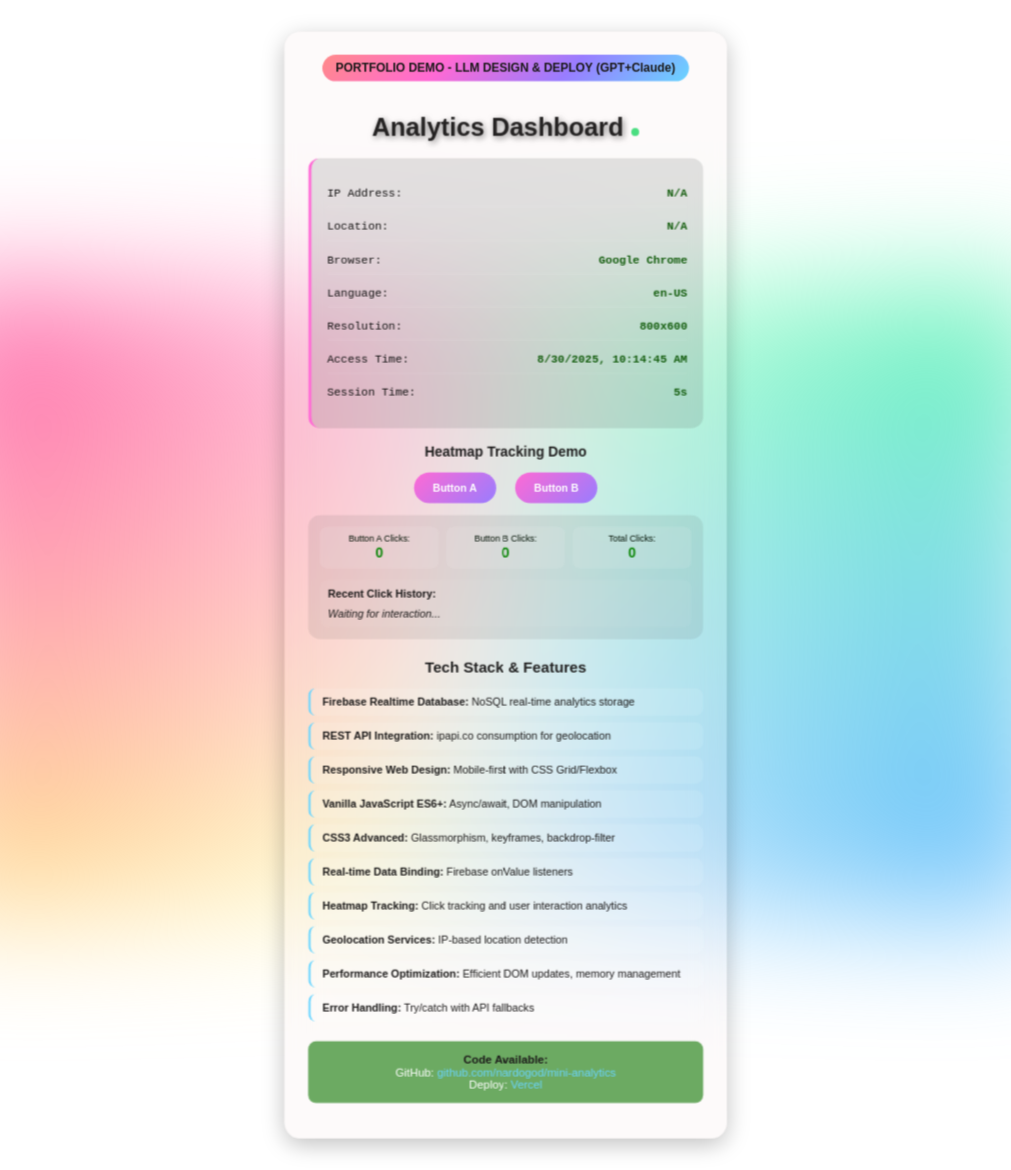
Repository: nardogod/mini-analytics
Page: mini.html
An editor plug-in stored every save of this project. The page is shown before and after the next save, followed by the edit.
The browser window is 1280 px wide. The pictures show the whole page, at 79% of full size.
The page's requests for data from a server got no answer.

Above is the page before, as saved 2025-08-30 11:37:47.

### mini.html
<!DOCTYPE html>
<html lang="en">
  <head>
    <meta charset="UTF-8" />
    <meta name="viewport" content="width=device-width, initial-scale=1.0" />
    <title>Analytics Demo - Portfolio</title>
    <style>
      body {
        margin: 0;
        font-family: "Poppins", sans-serif;
        display: flex;
        justify-content: center;
        align-items: center;
        min-height: 100vh;
        overflow-x: hidden;
        color: #1b1919;
        text-align: center;
        padding: 20px 0;
      }

      /* Dynamic background with colorful bubbles */
      .background {
        position: fixed;
        width: 100%;
        height: 100%;
        background: radial-gradient(
            circle at top left,
            rgba(255, 80, 160, 0.9),
            transparent 55%
          ),
          radial-gradient(
            circle at bottom right,
            rgba(80, 180, 255, 0.9),
            transparent 55%
          ),
          radial-gradient(
            circle at top right,
            rgba(80, 255, 160, 0.9),
            transparent 55%
          ),
          radial-gradient(
            circle at bottom left,
            rgba(255, 240, 120, 0.9),
            transparent 55%
          );
        filter: blur(70px);
        animation: moveBubbles 15s infinite alternate ease-in-out;
        z-index: -1;
      }

      @keyframes moveBubbles {
        0% {
          transform: translate(0, 0) scale(1);
        }
        25% {
          transform: translate(-50px, 40px) scale(1.1);
        }
        50% {
          transform: translate(40px, -50px) scale(1.15);
        }
        75% {
          transform: translate(-30px, -20px) scale(1.05);
        }
        100% {
          transform: translate(50px, 50px) scale(1);
        }
      }

      .container {
        background: rgba(240, 222, 222, 0.15);
        border-radius: 20px;
        padding: 30px;
        width: 90%;
        max-width: 500px;
        box-shadow: 0 8px 30px rgba(0, 0, 0, 0.25);
        backdrop-filter: blur(20px);
        margin: 20px;
      }

      h1 {
        font-size: 2rem;
        margin-bottom: 20px;
        color: #242222;
        text-shadow: 2px 2px 8px rgba(0, 0, 0, 0.5);
        position: relative;
      }

      /* Live indicator */
      h1::after {
        content: "";
        display: inline-block;
        width: 10px;
        height: 10px;
        background: #4ade80;
        border-radius: 50%;
        margin-left: 10px;
        animation: blink 1.2s infinite;
      }

      @keyframes blink {
        0%,
        50% {
          opacity: 1;
        }
        51%,
        100% {
          opacity: 0.3;
        }
      }

      .demo-badge {
        display: inline-block;
        background: linear-gradient(135deg, #ff8a8a, #ff6ad5, #9a7dff, #6ad5ff);
        padding: 8px 16px;
        border-radius: 25px;
        font-size: 0.9rem;
        font-weight: bold;
        margin-bottom: 20px;
        animation: pulse 2s infinite;
      }

      @keyframes pulse {
        0%,
        100% {
          transform: scale(1);
        }
        50% {
          transform: scale(1.05);
        }
      }

      .analytics-display {
        background: rgba(95, 93, 93, 0.164);
        border-radius: 15px;
        padding: 20px;
        margin: 20px 0;
        text-align: left;
        text-align: left;
        font-family: "Courier New", monospace;
        font-size: 0.9rem;
        line-height: 1.6;
        border-left: 4px solid #ff6ad5;
      }

      .metric {
        display: flex;
        justify-content: space-between;
        margin: 8px 0;
        padding: 5px 0;
        border-bottom: 1px solid rgba(255, 255, 255, 0.1);
      }

      .metric:last-child {
        border-bottom: none;
      }

      .label {
        color: #131212;
        font-weight: 500;
      }

      .value {
        color: #135c0d;
        font-weight: bold;
      }

      /* Heatmap Demo Styles */
      .heatmap-section {
        margin: 20px 0;
        text-align: center;
      }

      .heatmap-section h3 {
        color: #201f1f;
        margin-bottom: 15px;
        font-size: 1.1rem;
      }

      .demo-button {
        background: linear-gradient(135deg, #ff6ad5, #9a7dff);
        color: white;
        border: none;
        padding: 12px 24px;
        margin: 0 10px;
        border-radius: 25px;
        font-weight: bold;
        cursor: pointer;
        transition: all 0.3s ease;
        position: relative;
        overflow: hidden;
      }

      .demo-button:hover {
        transform: scale(1.05);
        box-shadow: 0 5px 15px rgba(255, 106, 213, 0.4);
      }

      .demo-button:active {
        transform: scale(0.95);
      }

      .heatmap-display {
        background: rgba(88, 86, 86, 0.11);
        border-radius: 15px;
        padding: 15px;
        margin-top: 15px;
        font-size: 0.85rem;
      }

      .click-counter {
        display: grid;
        grid-template-columns: 1fr 1fr 1fr;
        gap: 10px;
        margin-bottom: 15px;
      }

      .counter-item {
        background: rgba(255, 255, 255, 0.1);
        padding: 8px;
        border-radius: 8px;
        text-align: center;
      }

      .counter-label {
        display: block;
        font-size: 0.7rem;
        color: #021104;
        margin-bottom: 3px;
      }

      .counter-value {
        font-weight: bold;
        font-size: 1.1rem;
        color: #0c8608;
      }

      .click-positions {
        background: rgba(255, 255, 255, 0.05);
        border-radius: 10px;
        padding: 10px;
        text-align: left;
      }

      .click-item {
        font-size: 0.75rem;
        color: #178d07;
        margin: 3px 0;
        padding: 3px 8px;
        background: rgba(106, 213, 255, 0.1);
        border-radius: 5px;
        border-left: 2px solid #6ad5ff;
      }

      .click-ripple {
        position: absolute;
        border-radius: 50%;
        background: rgba(255, 255, 255, 0.6);
        transform: scale(0);
        animation: ripple 0.6s linear;
        pointer-events: none;
      }

      @keyframes ripple {
        to {
          transform: scale(4);
          opacity: 0;
        }
      }

      .tecnicas {
        margin-top: 25px;
        font-size: 0.85rem;
        text-align: left;
      }

      .tecnicas h2 {
        font-size: 1.2rem;
        margin-bottom: 15px;
        text-align: center;
        color: #201f1f;
      }

      .tecnicas ul {
        list-style: none;
        padding: 0;
      }

      .tecnicas li {
        background: rgba(255, 255, 255, 0.1);
        margin: 8px 0;
        padding: 10px 15px;
        border-radius: 10px;
        border-left: 3px solid #6ad5ff;
        transition: all 0.3s ease;
      }

      .tecnicas li:hover {
        background: rgba(255, 255, 255, 0.25);
        transform: translateX(5px);
      }

      .deployment-info {
        margin-top: 25px;
        text-align: center;
        font-size: 0.9rem;
      }

      .deployment-box {
        background: rgba(20, 122, 7, 0.623);
        padding: 15px;
        border-radius: 10px;
        margin: 15px 0;
      }
    </style>
  </head>
  <body>
    <div class="background"></div>
    <div class="container">
      <div class="demo-badge">
        PORTFOLIO DEMO - LLM DESIGN & DEPLOY (GPT+Claude)
      </div>
      <h1>Analytics Dashboard</h1>

      <div class="analytics-display" id="analytics">
        <div class="metric">
          <span class="label">IP Address:</span>
          <span class="value" id="ip">Detecting...</span>
        </div>
        <div class="metric">
          <span class="label">Location:</span>
          <span class="value" id="location">Loading...</span>
        </div>
        <div class="metric">
          <span class="label">Browser:</span>
          <span class="value" id="browser">Analyzing...</span>
        </div>
        <div class="metric">
          <span class="label">Language:</span>
          <span class="value" id="language">--</span>
        </div>
        <div class="metric">
          <span class="label">Resolution:</span>
          <span class="value" id="screen">--</span>
        </div>
        <div class="metric">
          <span class="label">Access Time:</span>
          <span class="value" id="timestamp">--</span>
        </div>
        <div class="metric">
          <span class="label">Session Time:</span>
          <span class="value" id="sessionTime">0s</span>
        </div>
      </div>

      <!-- Heatmap Tracking Demo -->
      <div class="heatmap-section">
        <h3>Heatmap Tracking Demo</h3>
        <button class="demo-button" id="button1">Button A</button>
        <button class="demo-button" id="button2">Button B</button>

        <div class="heatmap-display">
          <div class="click-counter">
            <div class="counter-item">
              <span class="counter-label">Button A Clicks:</span>
              <span class="counter-value" id="countA">0</span>
            </div>
            <div class="counter-item">
              <span class="counter-label">Button B Clicks:</span>
              <span class="counter-value" id="countB">0</span>
            </div>
            <div class="counter-item">
              <span class="counter-label">Total Clicks:</span>
              <span class="counter-value" id="totalClicks">0</span>
            </div>
          </div>

          <div class="click-positions" id="clickPositions">
            <strong>Recent Click History:</strong>
            <div
              id="clickList"
              style="max-height: 80px; overflow-y: auto; margin-top: 10px"
            >
              <em>Waiting for interaction...</em>
            </div>
          </div>
        </div>
      </div>

      <div class="tecnicas">
        <h2>Tech Stack & Features</h2>
        <ul>
          <li>
            <strong>Firebase Realtime Database:</strong> NoSQL real-time
            analytics storage
          </li>
          <li>
            <strong>REST API Integration:</strong> ipapi.co consumption for
            geolocation
          </li>
          <li>
            <strong>Responsive Web Design:</strong> Mobile-first with CSS
            Grid/Flexbox
          </li>
          <li>
            <strong>Vanilla JavaScript ES6+:</strong> Async/await, DOM
            manipulation
          </li>
          <li>
            <strong>CSS3 Advanced:</strong> Glassmorphism, keyframes,
            backdrop-filter
          </li>
          <li>
            <strong>Real-time Data Binding:</strong> Firebase onValue listeners
          </li>
          <li>
            <strong>Heatmap Tracking:</strong> Click tracking and user
            interaction analytics
          </li>
          <li>
            <strong>Geolocation Services:</strong> IP-based location detection
          </li>
          <li>
            <strong>Performance Optimization:</strong> Efficient DOM updates,
            memory management
          </li>
          <li><strong>Error Handling:</strong> Try/catch with API fallbacks</li>
        </ul>

        <div class="deployment-info">
          <div class="deployment-box">
            <strong>Code Available:</strong><br />
            <span style="color: #ffffff">GitHub: </span>
            <span style="color: #6ad5ff"
              >github.com/nardogod/mini-analytics</span
            ><br />
            <span style="color: #ffffff">Deploy: </span>
            <span style="color: #6ad5ff">Vercel</span>
          </div>
        </div>
      </div>
    </div>

    <script>
      let sessionTime = 0;
      let clickCountA = 0;
      let clickCountB = 0;
      let totalClicks = 0;
      let clickHistory = [];

      // Client data collection function
      function collectData() {
        const browser = getBrowserInfo();
        const language = navigator.language || "en-US";
        const screen = `${window.screen.width}x${window.screen.height}`;
        const accessTime = new Date().toLocaleString("en-US");

        document.getElementById("browser").textContent = browser;
        document.getElementById("language").textContent = language;
        document.getElementById("screen").textContent = screen;
        document.getElementById("timestamp").textContent = accessTime;

        fetchIP();

        setInterval(() => {
          sessionTime++;
          const minutes = Math.floor(sessionTime / 60);
          const seconds = sessionTime % 60;
          const timeDisplay =
            minutes > 0 ? `${minutes}m ${seconds}s` : `${seconds}s`;
          document.getElementById("sessionTime").textContent = timeDisplay;
        }, 1000);
      }

      function getBrowserInfo() {
        const ua = navigator.userAgent;
        if (ua.includes("Chrome") && !ua.includes("Edge"))
          return "Google Chrome";
        if (ua.includes("Firefox")) return "Mozilla Firefox";
        if (ua.includes("Safari") && !ua.includes("Chrome")) return "Safari";
        if (ua.includes("Edge")) return "Microsoft Edge";
        if (ua.includes("Opera")) return "Opera";
        return "Unknown";
      }

      async function fetchIP() {
        try {
          const res = await fetch("https://ipapi.co/json/");
          const data = await res.json();
          document.getElementById("ip").textContent = data.ip;
          document.getElementById(
            "location"
          ).textContent = `${data.city}, ${data.country_name}`;
        } catch (e) {
          console.error("Error fetching IP:", e);
          document.getElementById("ip").textContent = "N/A";
          document.getElementById("location").textContent = "N/A";
        }
      }

      // Heatmap Tracking Functions
      function createRippleEffect(e) {
        const button = e.target;
        const rect = button.getBoundingClientRect();
        const size = Math.max(rect.width, rect.height);
        const x = e.clientX - rect.left - size / 2;
        const y = e.clientY - rect.top - size / 2;

        const ripple = document.createElement("span");
        ripple.className = "click-ripple";
        ripple.style.width = ripple.style.height = size + "px";
        ripple.style.left = x + "px";
        ripple.style.top = y + "px";

        button.appendChild(ripple);

        setTimeout(() => {
          ripple.remove();
        }, 600);
      }

      function trackClick(buttonId, e) {
        const timestamp = new Date().toLocaleTimeString("en-US");
        const buttonName = buttonId === "button1" ? "Button A" : "Button B";

        // Update counters
        if (buttonId === "button1") {
          clickCountA++;
          document.getElementById("countA").textContent = clickCountA;
        } else {
          clickCountB++;
          document.getElementById("countB").textContent = clickCountB;
        }

        totalClicks++;
        document.getElementById("totalClicks").textContent = totalClicks;

        // Add to history
        const clickData = {
          button: buttonName,
          time: timestamp,
          coordinates: `(${Math.round(e.clientX)}, ${Math.round(e.clientY)})`,
        };

        clickHistory.unshift(clickData);
        if (clickHistory.length > 5) clickHistory.pop(); // Keep only last 5

        updateClickList();
        createRippleEffect(e);
      }

      function updateClickList() {
        const clickList = document.getElementById("clickList");
        if (clickHistory.length === 0) {
          clickList.innerHTML = "<em>Waiting for interaction...</em>";
          return;
        }

        clickList.innerHTML = clickHistory
          .map(
            (click) =>
              `<div class="click-item">
            ${click.button} - ${click.time} - ${click.coordinates}
          </div>`
          )
          .join("");
      }

      // Initialize application
      collectData();

      // Event Listeners for Heatmap
      document.addEventListener("DOMContentLoaded", () => {
        // Heatmap tracking on buttons
        document.getElementById("button1").addEventListener("click", (e) => {
          trackClick("button1", e);
        });

        document.getElementById("button2").addEventListener("click", (e) => {
          trackClick("button2", e);
        });

        // Hover effects on tech stack items
        const techItems = document.querySelectorAll(".tecnicas li");
        techItems.forEach((item) => {
          item.addEventListener("mouseenter", () => {
            item.style.background = "rgba(255, 255, 255, 0.2)";
            item.style.transform = "translateX(5px)";
            item.style.transition = "all 0.3s ease";
          });

          item.addEventListener("mouseleave", () => {
            item.style.background = "rgba(255, 255, 255, 0.1)";
            item.style.transform = "translateX(0px)";
          });
        });
      });
    </script>
  </body>
</html>

After the next save:
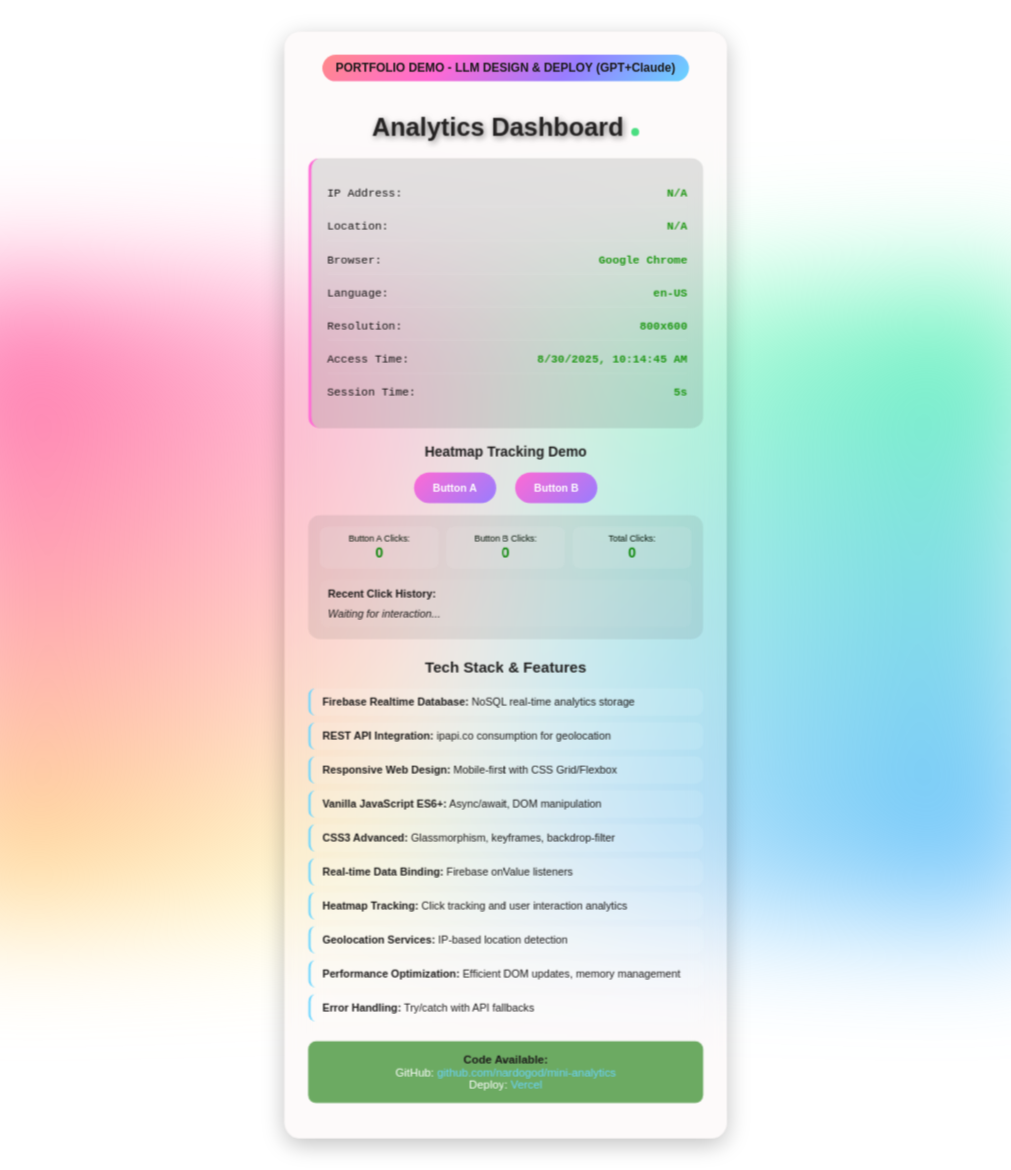
Saved 15 s later.
--- a/mini.html
+++ b/mini.html
@@ -160,7 +160,7 @@
       }
 
       .value {
-        color: #135c0d;
+        color: #1d9612;
         font-weight: bold;
       }
 
